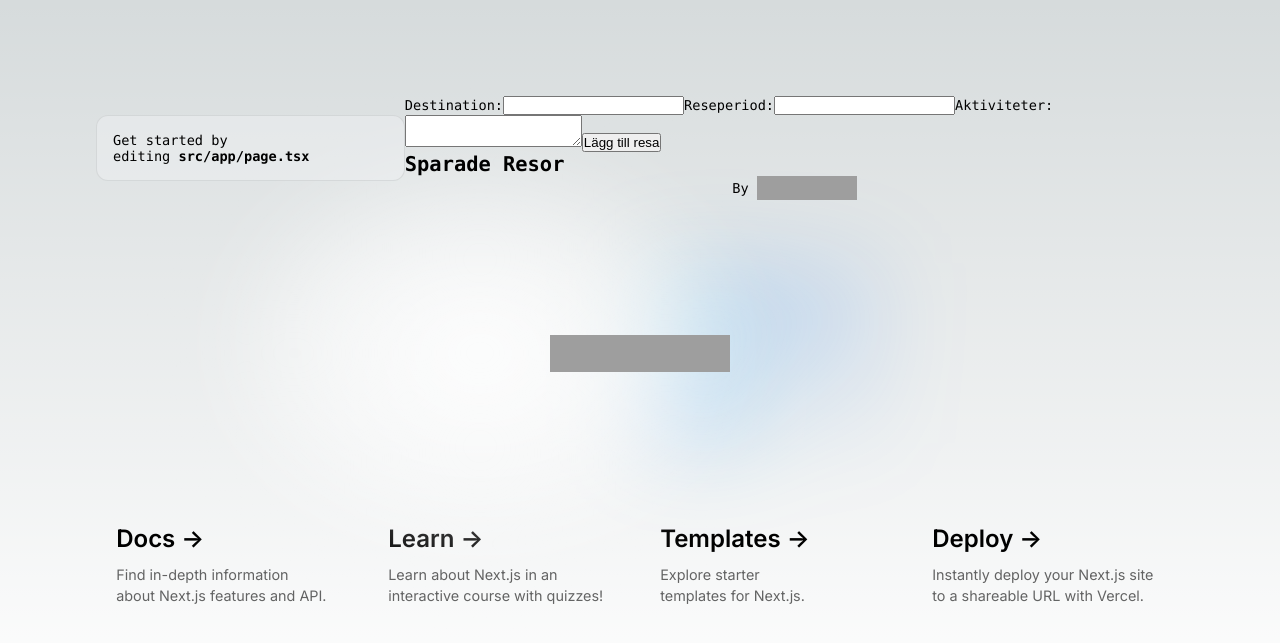
Repository: aobeid1979/reseplanerna
Page: / (app in reseplanerna/)
An editor plug-in stored every save of this project. The page is shown before and after the next save, followed by the edit.
The browser window is 1280 px wide. The pictures show the whole page.
Pictures or frames that could not be fetched are drawn as grey boxes. The project was rebuilt for these pictures with package versions that can differ from the ones it lists, and the page was loaded fresh each time. The framework's server and built-in components were replaced by stand-ins that run in the browser. Also part of the build but not shown: reseplanerna/next.config.mjs.

Above is the page before, as saved 2024-04-23 09:13:31.

### reseplanerna/src/app/page.tsx
import Image from "next/image";
import styles from "./page.module.css";

import TripForm from "../components/TripForm/TripForm";
import TripList from "../components/TripList/TripList";

export default function Home() {
  return (
    <main className={styles.main}>
      <div className={styles.description}>
        <p>
          Get started by editing&nbsp;
          <code className={styles.code}>src/app/page.tsx</code>
        </p>
        <div>

          < TripForm />
          < TripList />
          <a
            href="https://vercel.com?utm_source=create-next-app&utm_medium=appdir-template&utm_campaign=create-next-app"
            target="_blank"
            rel="noopener noreferrer"
          >
            By{" "}
            <Image
              src="/vercel.svg"
              alt="Vercel Logo"
              className={styles.vercelLogo}
              width={100}
              height={24}
              priority
            />
          </a>
        </div>
      </div>

      <div className={styles.center}>
        <Image
          className={styles.logo}
          src="/next.svg"
          alt="Next.js Logo"
          width={180}
          height={37}
          priority
        />
      </div>

      <div className={styles.grid}>
        <a
          href="https://nextjs.org/docs?utm_source=create-next-app&utm_medium=appdir-template&utm_campaign=create-next-app"
          className={styles.card}
          target="_blank"
          rel="noopener noreferrer"
        >
          <h2>
            Docs <span>-&gt;</span>
          </h2>
          <p>Find in-depth information about Next.js features and API.</p>
        </a>

        <a
          href="https://nextjs.org/learn?utm_source=create-next-app&utm_medium=appdir-template&utm_campaign=create-next-app"
          className={styles.card}
          target="_blank"
          rel="noopener noreferrer"
        >
          <h2>
            Learn <span>-&gt;</span>
          </h2>
          <p>Learn about Next.js in an interactive course with&nbsp;quizzes!</p>
        </a>

        <a
          href="https://vercel.com/templates?framework=next.js&utm_source=create-next-app&utm_medium=appdir-template&utm_campaign=create-next-app"
          className={styles.card}
          target="_blank"
          rel="noopener noreferrer"
        >
          <h2>
            Templates <span>-&gt;</span>
          </h2>
          <p>Explore starter templates for Next.js.</p>
        </a>

        <a
          href="https://vercel.com/new?utm_source=create-next-app&utm_medium=appdir-template&utm_campaign=create-next-app"
          className={styles.card}
          target="_blank"
          rel="noopener noreferrer"
        >
          <h2>
            Deploy <span>-&gt;</span>
          </h2>
          <p>
            Instantly deploy your Next.js site to a shareable URL with Vercel.
          </p>
        </a>
      </div>
    </main>
  );
}

### reseplanerna/src/components/TripForm/TripForm.jsx
import { useState } from 'react';

const TripForm = () => {
  const [destination, setDestination] = useState('');
  const [travelPeriod, setTravelPeriod] = useState('');
  const [activities, setActivities] = useState('');

  const handleSubmit = (event) => {
    event.preventDefault();
    const newTrip = { destination, travelPeriod, activities };
    // Implementera sparning av resan med LocalStorage här
    console.log('Ny resa:', newTrip);
    // Återställ formuläret
    setDestination('');
    setTravelPeriod('');
    setActivities('');
  };

  return (
    <form onSubmit={handleSubmit}>
      <label>
        Destination:
        <input
          type="text"
          value={destination}
          onChange={(e) => setDestination(e.target.value)}
        />
      </label>
      <label>
        Reseperiod:
        <input
          type="text"
          value={travelPeriod}
          onChange={(e) => setTravelPeriod(e.target.value)}
        />
      </label>
      <label>
        Aktiviteter:
        <textarea
          value={activities}
          onChange={(e) => setActivities(e.target.value)}
        />
      </label>
      <button type="submit">Lägg till resa</button>
    </form>
  );
};

export default TripForm;

### reseplanerna/src/components/TripList/TripList.jsx
import { useEffect, useState } from 'react';

const TripList = () => {
  const [trips, setTrips] = useState([]);

  useEffect(() => {
    // Hämta sparade resor från LocalStorage när komponenten monteras
    const savedTrips = JSON.parse(localStorage.getItem('savedTrips')) || [];
    setTrips(savedTrips);
  }, []);

  const handleRemoveTrip = (index) => {
    // Ta bort en resa baserat på index från listan och uppdatera LocalStorage
    const updatedTrips = [...trips];
    updatedTrips.splice(index, 1);
    localStorage.setItem('savedTrips', JSON.stringify(updatedTrips));
    setTrips(updatedTrips);
  };

  return (
    <div>
      <h2>Sparade Resor</h2>
      <ul>
        {trips.map((trip, index) => (
          <li key={index}>
            <strong>Destination:</strong> {trip.destination} <br />
            <strong>Reseperiod:</strong> {trip.travelPeriod} <br />
            <strong>Aktiviteter:</strong> {trip.activities} <br />
            <button onClick={() => handleRemoveTrip(index)}>Ta bort resa</button>
          </li>
        ))}
      </ul>
    </div>
  );
};

export default TripList;

Loaded but not shown: reseplanerna/src/app/layout.tsx (common file); reseplanerna/src/app/globals.css (common file); reseplanerna/src/app/page.module.css (common file)

After the next save:
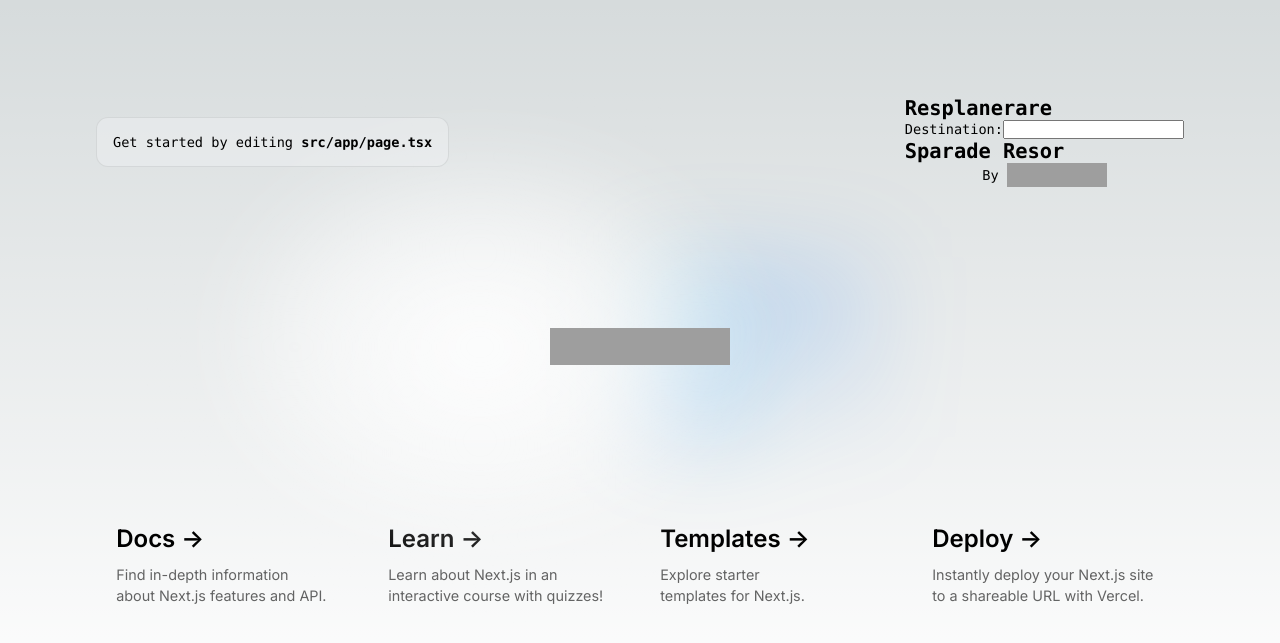
Saved 44 s later.
--- a/reseplanerna/src/components/TripForm/TripForm.jsx
+++ b/reseplanerna/src/components/TripForm/TripForm.jsx
@@ -1,48 +1,41 @@
-import { useState } from 'react';
+import { useEffect, useState } from 'react';
 
 const TripForm = () => {
   const [destination, setDestination] = useState('');
-  const [travelPeriod, setTravelPeriod] = useState('');
-  const [activities, setActivities] = useState('');
 
-  const handleSubmit = (event) => {
-    event.preventDefault();
-    const newTrip = { destination, travelPeriod, activities };
-    // Implementera sparning av resan med LocalStorage här
-    console.log('Ny resa:', newTrip);
-    // Återställ formuläret
-    setDestination('');
-    setTravelPeriod('');
-    setActivities('');
+  // Använd useEffect för att säkerställa att koden körs endast på klientens sida
+  useEffect(() => {
+    // Kontrollera om koden körs på klientens sida
+    if (typeof window !== 'undefined') {
+      // Placera din kod här som ska endast köras på klientens sida
+      // Exempel: Sätt default-värde om det inte finns i localStorage
+      const storedDestination = localStorage.getItem('destination');
+      if (storedDestination) {
+        setDestination(storedDestination);
+      }
+    }
+  }, []); // Tom dependency array för att köra useEffect bara en gång vid mount
+
+  const handleDestinationChange = (event) => {
+    setDestination(event.target.value);
+    // Uppdatera localStorage när destination ändras
+    localStorage.setItem('destination', event.target.value);
   };
 
   return (
-    <form onSubmit={handleSubmit}>
-      <label>
-        Destination:
-        <input
-          type="text"
-          value={destination}
-          onChange={(e) => setDestination(e.target.value)}
-        />
-      </label>
-      <label>
-        Reseperiod:
-        <input
-          type="text"
-          value={travelPeriod}
-          onChange={(e) => setTravelPeriod(e.target.value)}
-        />
-      </label>
-      <label>
-        Aktiviteter:
-        <textarea
-          value={activities}
-          onChange={(e) => setActivities(e.target.value)}
-        />
-      </label>
-      <button type="submit">Lägg till resa</button>
-    </form>
+    <div>
+      <h2>Resplanerare</h2>
+      <form>
+        <label>
+          Destination:
+          <input
+            type="text"
+            value={destination}
+            onChange={handleDestinationChange}
+          />
+        </label>
+      </form>
+    </div>
   );
 };
 
